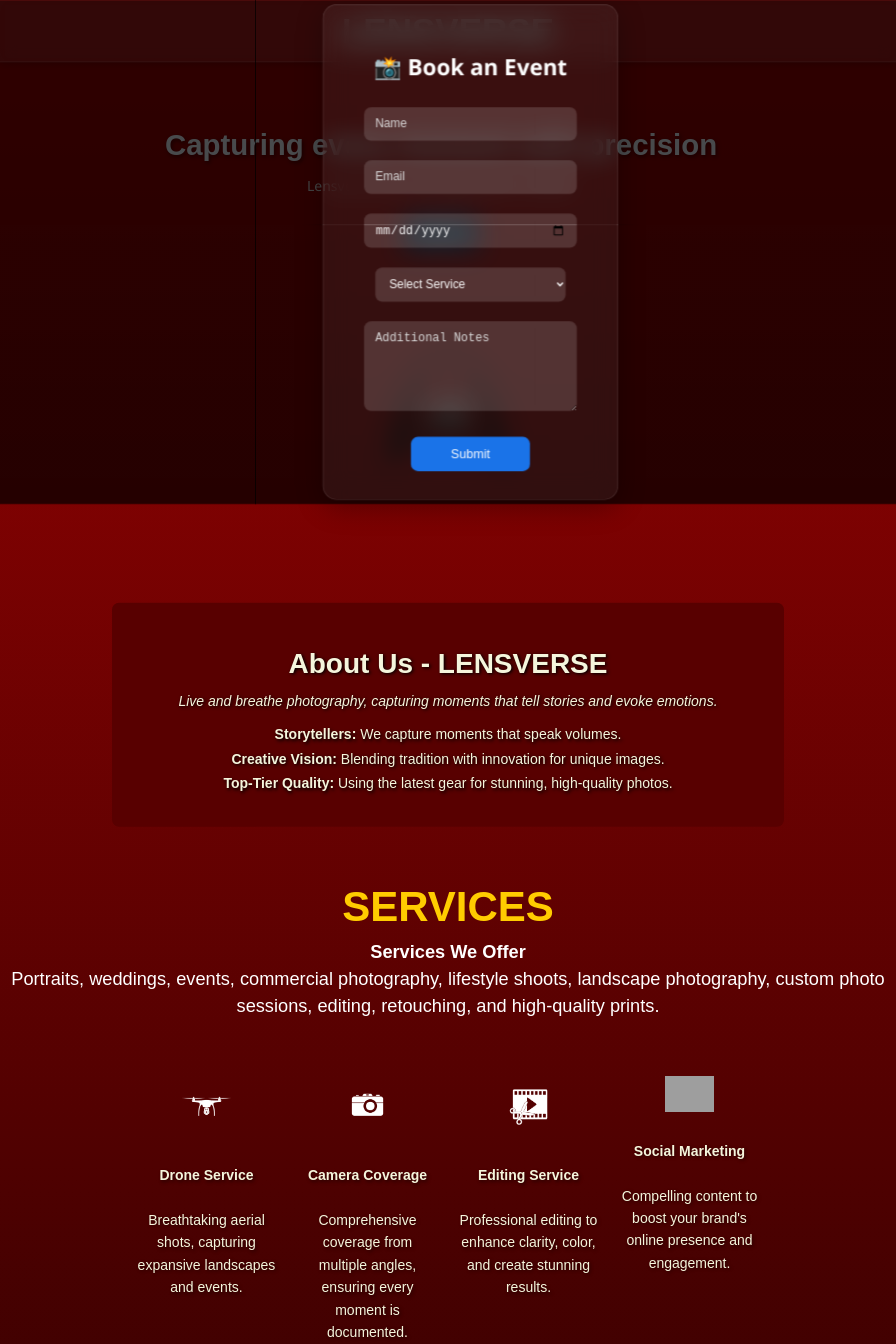
Repository: adithyakiran47/lensverse-frontend
Page: / (app in frontend/), after clicking the first element matching `button`
The author's editor kept a copy of each file at every save. The page is drawn from the files as they stood at one save, then again after the next save.
The browser window is 1280 px wide. The pictures show the part of the page from y = 0 to 1920 px (the page is 3283 px tall), at 70% of full size.
Pictures or frames that could not be fetched are drawn as grey boxes. The project was rebuilt for these pictures with package versions that can differ from the ones it lists, and the page was loaded fresh each time.

Above is the page before, as saved 2025-06-20 21:53:31.

After the next save:
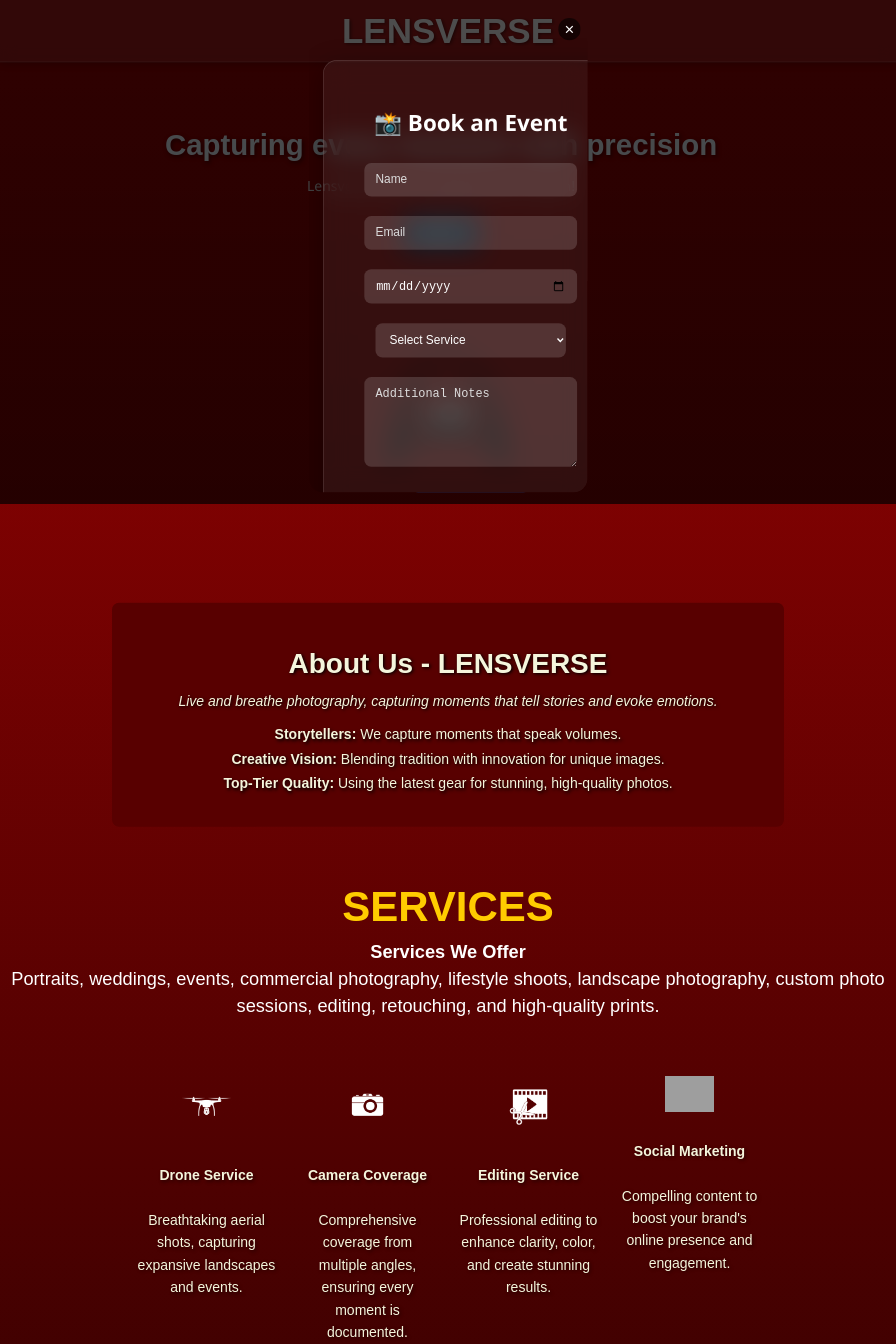
Saved 46 s later.
--- a/frontend/src/components/BookingForm.css
+++ b/frontend/src/components/BookingForm.css
@@ -93,3 +93,10 @@
 .close-btn:hover {
   background: rgba(255, 0, 0, 0.7);
 }
+.popup-form {
+  max-height: 90vh;
+  overflow-y: auto;
+  padding: 20px;
+  border-radius: 20px;
+  background: transparent;
+}

After the save that followed:
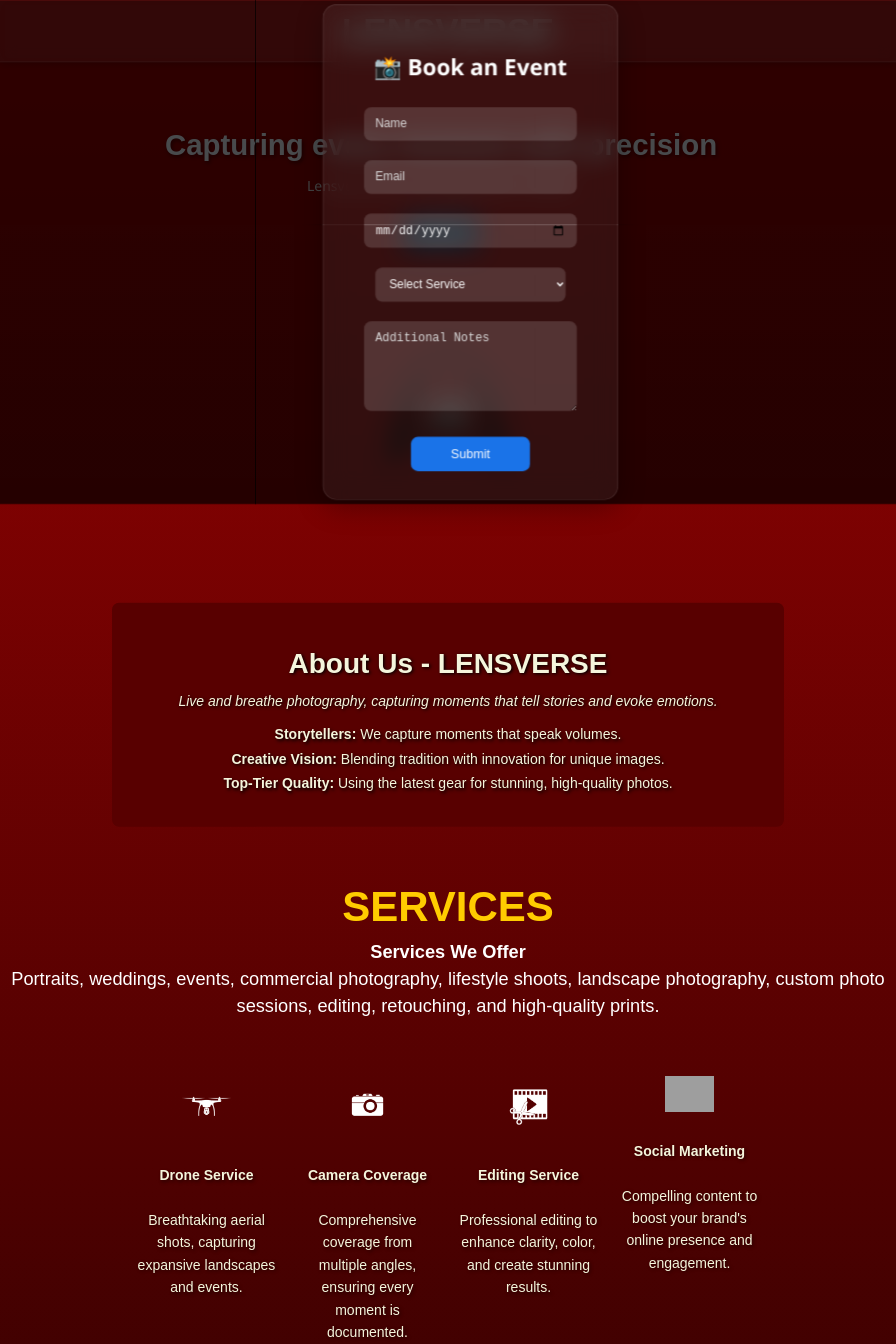
Saved 11 s later.
--- a/frontend/src/components/BookingForm.css
+++ b/frontend/src/components/BookingForm.css
@@ -93,10 +93,3 @@
 .close-btn:hover {
   background: rgba(255, 0, 0, 0.7);
 }
-.popup-form {
-  max-height: 90vh;
-  overflow-y: auto;
-  padding: 20px;
-  border-radius: 20px;
-  background: transparent;
-}
